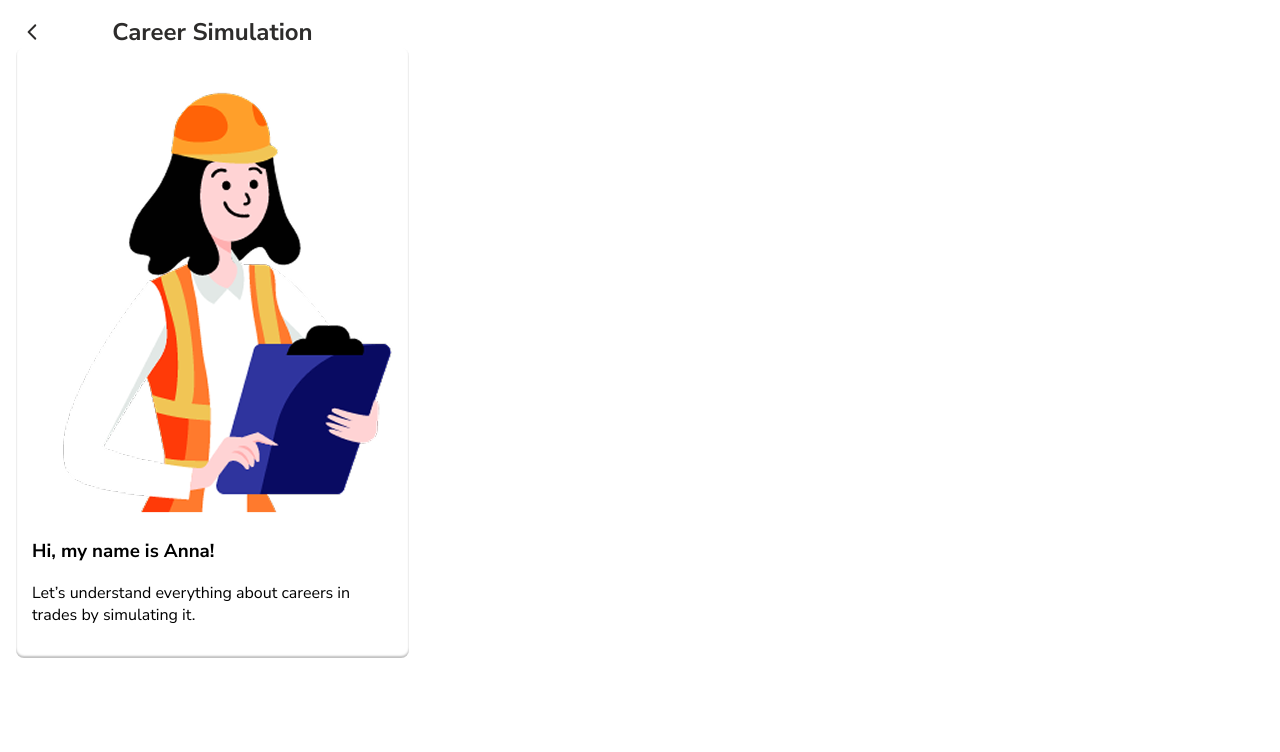
Repository: daniel-liu01/week10books
Page: /
The author's editor kept a copy of each file at every save. The page is drawn from the files as they stood at one save, then again after the next save.
The browser window is 1280 px wide. The pictures show the whole page.
The project was rebuilt for these pictures with package versions that can differ from the ones it lists, and the page was loaded fresh each time. Also part of the build but not shown: vite.config.js, vite.config.ts, src/App.css.

Above is the page before, as saved 2025-10-17 17:55:57.

### index.html
<!DOCTYPE html>
<html lang="en">
    <head>
        <meta charset="UTF-8" />
        <link
            rel="icon"
            type="image/svg+xml"
            href="/vite.svg" />
        <meta
            name="viewport"
            content="width=device-width, initial-scale=1.0" />
        <title>frontend</title>
        <link
            rel="preconnect"
            href="https://fonts.googleapis.com" />
        <link
            rel="preconnect"
            href="https://fonts.gstatic.com"
            crossorigin />
        <link
            href="https://fonts.googleapis.com/css2?family=Nunito+Sans:ital,opsz,wght@0,6..12,200..1000;1,6..12,200..1000&display=swap"
            rel="stylesheet" />
    </head>
    <body>
        <div id="root"></div>
        <script
            type="module"
            src="/src/main.jsx"></script>
    </body>
</html>

### src/index.css
/* ------------------------------------------------------ GENERAL STYLES ------------------------------------------------------ */
*,
*::before,
*::after {
    box-sizing: inherit;
}

html,
body {
    padding: 0;

    font-family: var(--font-family);
    box-sizing: border-box;
}

body {
    width: 393px;
    min-height: 100vh;
    margin: 16px;
}

html {
    display: flex;
    align-items: flex-start;
}

/* ------------------------------------------------------ VARIABLES ------------------------------------------------------ */
:root {
    /* ----- COLORS ----- */
    --primary-50: #fff1e6;
    --primary-100: #ffd4b0;
    --primary-200: #ffbf8a;
    --primary-300: #ffa155;
    --primary-400: #ff8f34;
    --primary-500: #ff7301;
    --primary-600: #e86901;
    --primary-700: #b55201;
    --primary-800: #8c3f01;
    --primary-900: #6b3000;

    --secondary-50: #eefae6;
    --secondary-100: #cbefb1;
    --secondary-200: #b2e88b;
    --secondary-300: #8fdd55;
    --secondary-400: #79d635;
    --secondary-500: #58cc02;
    --secondary-600: #50ba02;
    --secondary-700: #3e9101;
    --secondary-800: #307001;
    --secondary-900: #255601;

    /* -- neutral colors -- */

    --offwhite-500: #f9f9f9;
    --white: #ffffff;
    --black-50: #eaeaea;
    --black-100: #bebebd;
    --black-200: #9e9e9d;
    --black-300: #727271;
    --black-400: #575655;
    --black-500: #2d2c2b;

    /* ----- TYPE ----- */
    --font-family: "Nunito Sans", sans-serif;

    --font-size-extra-large: 88px;
    --font-size-large: 30px;
    --font-size-extra-medium: 24px;
    --font-size-medium: 20px;
    --font-size-regular: 16px;
    --font-size-small: 12px;
    --font-size-extra-small: 10px;

    --font-style-normal: normal;
    --font-weight-bold: bold;

    --line-height-xxlarge: 100px;
    --line-height-large: 36px;
    --line-height-medium: 28px;
    --line-height-small: 20px;

    /* ----- SPACING ----- */
    --space-extra-small: 4px;
    --space-small: 8px;
    --space-regular: 16px;
    --space-medium: 32px;
    --space-large: 48px;
    --space-extra-large: 140px;

    /* ----- Inner shadow ----- */
    --inner-shadow: 0 -2px 2px 0 rgba(0, 0, 0, 0.25);
}

### src/App.jsx
import { useState } from "react";
import { BrowserRouter as Router, Routes, Route } from "react-router-dom";
import "./App.css";

import Simulation from "../app/Simulation/Simulation";

function App() {
    return (
        <div>
            <Simulation />
        </div>
    );
}

export default App;

### app/Simulation/Simulation.jsx
import styles from "./Simulation";
import HeadingBar from "../../components/HeadingBar/HeadingBar";
import Card from "../../components/Card/Card";
import Anna from "../../assets/Anna.png";

function Simulation() {
    return (
        <div>
            <HeadingBar />
            <Card
                image='Anna.png'
                title='Hi, my name is Anna!'
                description='Let’s understand everything
about careers in trades by simulating it.'
            />
        </div>
    );
}

export default Simulation;

### components/HeadingBar/HeadingBar.jsx
import styles from "./HeadingBar.module.css";
import ArrowBack from "../ArrowBack/ArrowBack";

function HeadingBar() {
    return (
        <div className={styles.heading_container}>
            <ArrowBack />
            <h1 className={styles.heading_pageTitle}>Career Simulation</h1>
            <div className={styles.heading_placeholder}></div>
        </div>
    );
}

export default HeadingBar;

### components/Card/Card.jsx
import styles from "./Card.module.css";

function Card({ image, title, description }) {
    return (
        <div className={styles.container}>
            {image && (
                <div className={styles.image_wrapper}>
                    <img
                        src={image}
                        alt={title}
                        className={styles.image}
                    />
                </div>
            )}

            <div className={styles.content}>
                <h3 className={styles.title}>{title}</h3>
                <p className={styles.description}>{description}</p>
            </div>
        </div>
    );
}

export default Card;

### components/HeadingBar/HeadingBar.module.css
.heading_container {
    width: 100%;
    display: flex;
    align-items: center;
    justify-content: space-between;
    gap: var(--space-small);
    margin: 0;
    padding: 0;
}

.heading_pageTitle {
    font-weight: var(--font-weight-bold);
    font-size: var(--font-size-extra-medium);
    margin: 0;
    line-height: 1;
    color: var(--black-500);
}

.heading_placeholder {
    width: var(--space-medium);
    height: var(--space-medium);
    visibility: hidden;
}

### components/ArrowBack/ArrowBack.jsx
import styles from "./ArrowBack.module.css";

function ArrowBack() {
    return (
        <div className={styles.arrow_container}>
            <svg
                className={styles.arrow_icon}
                xmlns='http://www.w3.org/2000/svg'
                width='16'
                height='16'
                viewBox='0 0 12 20'
                fill='none'>
                <path
                    d='M10.7071 19.2929C10.3166 19.6834 9.68342 19.6834 9.29289 19.2929L0.707106 10.7071C0.316582 10.3166 0.316583 9.68342 0.707107 9.29289L9.29289 0.707106C9.68342 0.316582 10.3166 0.316582 10.7071 0.707107L11.0679 1.06789C11.4584 1.45842 11.4584 2.09158 11.0679 2.48211L3.55 10L11.0679 17.5179C11.4584 17.9084 11.4584 18.5416 11.0679 18.9321L10.7071 19.2929Z'
                    fill='currentColor'
                />
            </svg>
        </div>
    );
}

export default ArrowBack;

### components/Card/Card.module.css
.container {
    display: flex;
    padding: var(--space-regular);
    flex-direction: column;
    justify-content: space-between;
    align-items: center;
    flex: 1 0 0;
    align-self: stretch;
    border-radius: var(--space-small);
    background: var(--white);
    box-shadow: var(--inner-shadow) inset;
}

### components/ArrowBack/ArrowBack.module.css
.arrow_container {
    display: inline-flex;
    align-items: center;
    justify-content: center;
    background: none;
    border: none;
    cursor: pointer;
    padding: 0;
    width: var(--space-medium);
    height: var(--space-medium);
}

.arrow_icon {
    color: var(--black-500);
    width: var(--space-regular);
    height: var(--space-regular);
}

.arrow_container:hover .arrow_icon {
    color: var(--primary-500);
}

Loaded but not shown: src/main.jsx (common file)

After the next save:
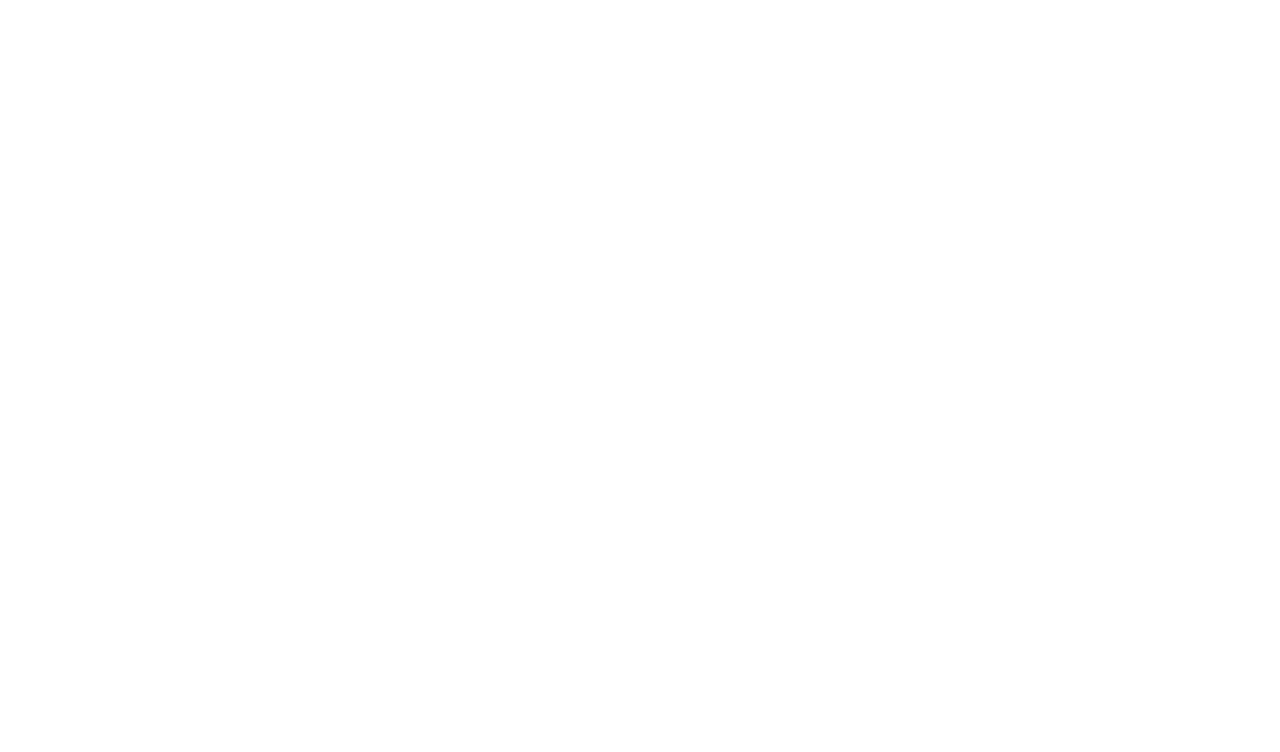
Console error: ReferenceError: image is not defined
Saved 19 s later.
--- a/app/Simulation/Simulation.jsx
+++ b/app/Simulation/Simulation.jsx
@@ -8,7 +8,7 @@
         <div>
             <HeadingBar />
             <Card
-                image='Anna.png'
+                image={image}
                 title='Hi, my name is Anna!'
                 description='Let’s understand everything
 about careers in trades by simulating it.'

After the 4 saves that followed:
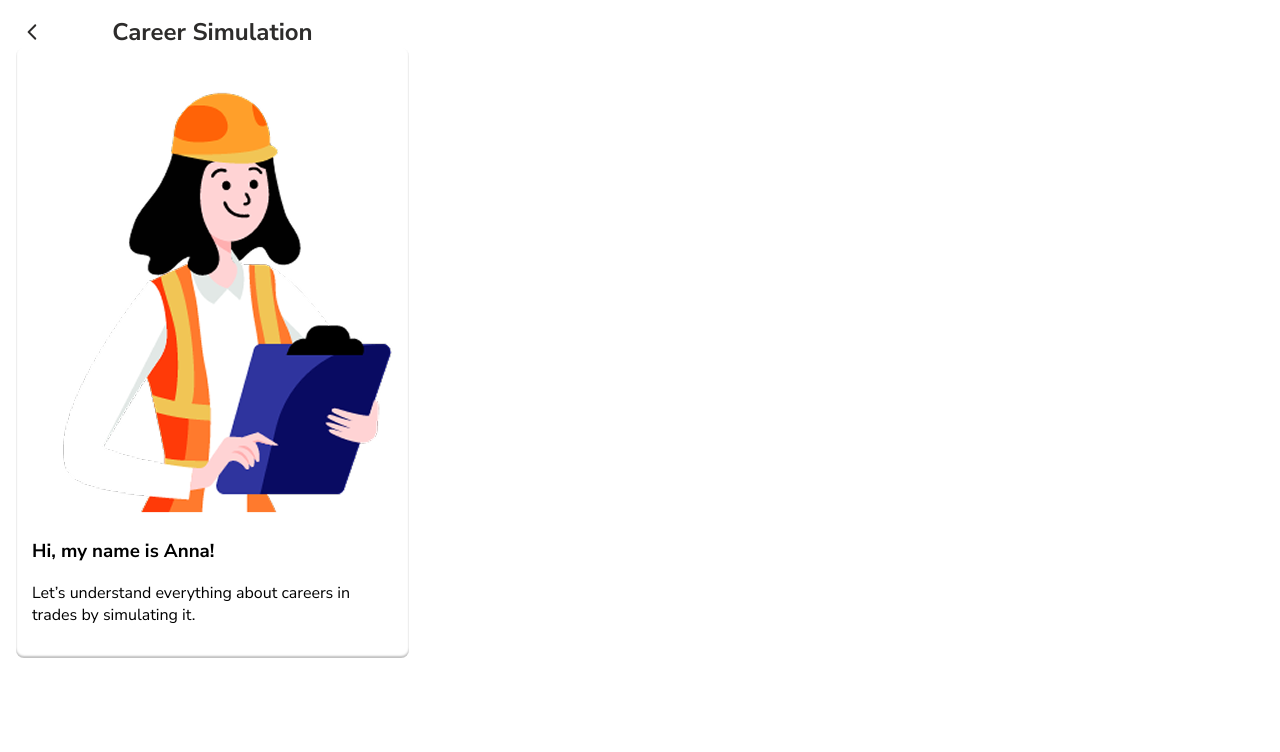
The error is gone.
The 4 saves are shown as one change because 2 left the picture as it was and some came seconds apart.
The last was saved 33 s later.
--- a/app/Simulation/Simulation.jsx
+++ b/app/Simulation/Simulation.jsx
@@ -1,14 +1,13 @@
 import styles from "./Simulation";
 import HeadingBar from "../../components/HeadingBar/HeadingBar";
 import Card from "../../components/Card/Card";
-import Anna from "../../assets/Anna.png";
 
 function Simulation() {
     return (
         <div>
             <HeadingBar />
             <Card
-                image={image}
+                image='Anna.png'
                 title='Hi, my name is Anna!'
                 description='Let’s understand everything
 about careers in trades by simulating it.'
